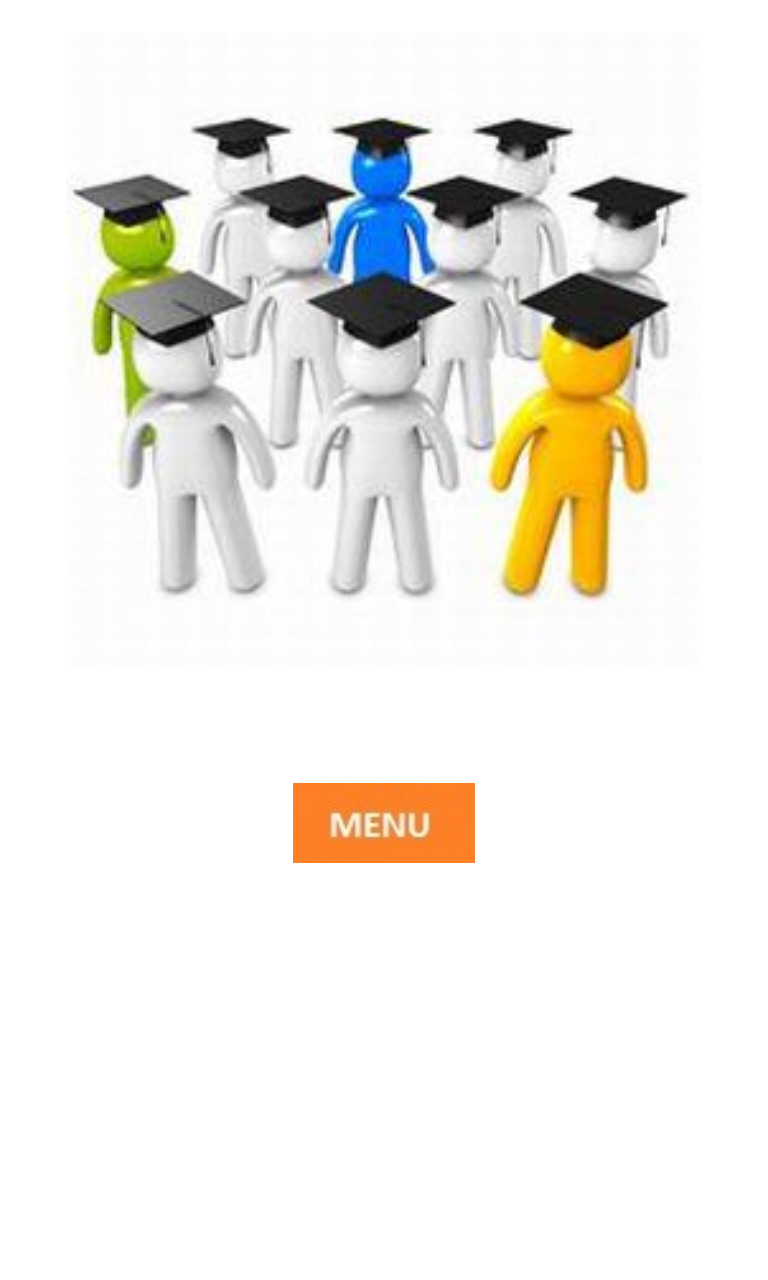
Repository: akungilang/Tugas_Akhir
Layout: Mobile/PerguruanTinggiSwastaJambi/res/layout/activity_main.xml
These files come from the project's save history. The layout is drawn as it stood at one moment and after the next save; the edit follows.
It is drawn on a 768 x 1280 px phone screen (xhdpi) without system bars, with theme AppTheme; the app's code is not run.

Above is the layout before, as saved 2015-01-31 09:08:09.

### Mobile/PerguruanTinggiSwastaJambi/res/layout/activity_main.xml
<RelativeLayout xmlns:android="http://schemas.android.com/apk/res/android"
    xmlns:tools="http://schemas.android.com/tools"
    android:layout_width="match_parent"
    android:layout_height="match_parent"
    android:paddingBottom="@dimen/activity_vertical_margin"
    android:paddingLeft="@dimen/activity_horizontal_margin"
    android:paddingRight="@dimen/activity_horizontal_margin"
    android:paddingTop="@dimen/activity_vertical_margin"
    tools:context="com.ex.perguruantinggiswastajambi.MainActivity" >

    <ScrollView
        android:id="@+id/scrollView1"
        android:layout_width="fill_parent"
        android:layout_height="fill_parent" >

        <LinearLayout
            android:layout_width="match_parent"
            android:layout_height="match_parent"
            android:orientation="vertical" >

            <ImageView
                android:id="@+id/imageView1"
                android:layout_width="match_parent"
                android:layout_height="318dp"
                android:src="@drawable/selebaran" />

            <ImageView
                android:id="@+id/imageView2"
                android:layout_width="match_parent"
                android:layout_height="wrap_content"
                android:adjustViewBounds="true"
                android:onClick="openmenu"
                android:scaleType="center"
                android:src="@drawable/menu" />

        </LinearLayout>
    </ScrollView>

</RelativeLayout>

Loaded but not shown: Mobile/PerguruanTinggiSwastaJambi/res/values/styles.xml (common file); Mobile/PerguruanTinggiSwastaJambi/res/values-v11/styles.xml (common file); Mobile/PerguruanTinggiSwastaJambi/res/values-v14/styles.xml (common file); Mobile/PerguruanTinggiSwastaJambi/res/values/dimens.xml (common file); Mobile/PerguruanTinggiSwastaJambi/res/values-w820dp/dimens.xml (common file)

After the next save:
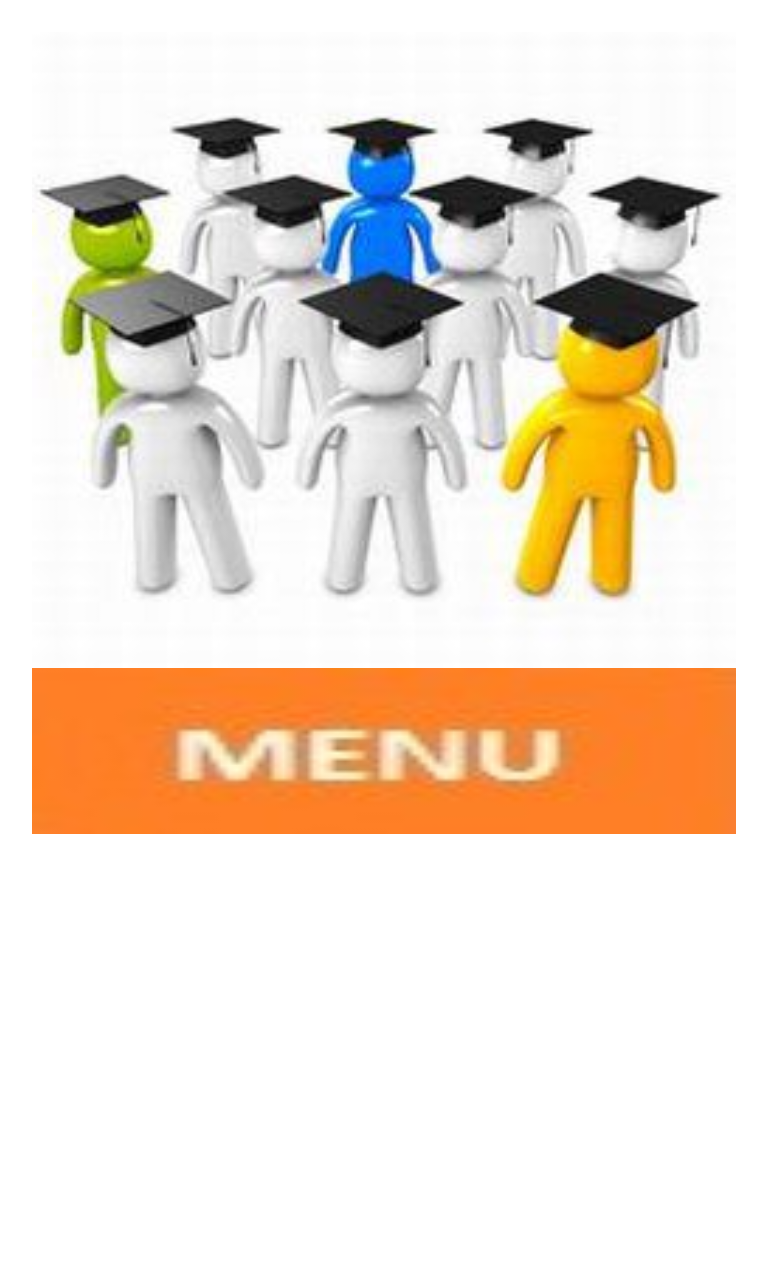
Saved 48 s later.
--- a/Mobile/PerguruanTinggiSwastaJambi/res/layout/activity_main.xml
+++ b/Mobile/PerguruanTinggiSwastaJambi/res/layout/activity_main.xml
@@ -22,15 +22,17 @@
                 android:id="@+id/imageView1"
                 android:layout_width="match_parent"
                 android:layout_height="318dp"
+                android:adjustViewBounds="true"
+                android:scaleType="fitXY"
                 android:src="@drawable/selebaran" />
 
             <ImageView
                 android:id="@+id/imageView2"
                 android:layout_width="match_parent"
-                android:layout_height="wrap_content"
+                android:layout_height="83dp"
                 android:adjustViewBounds="true"
                 android:onClick="openmenu"
-                android:scaleType="center"
+                android:scaleType="fitXY"
                 android:src="@drawable/menu" />
 
         </LinearLayout>
